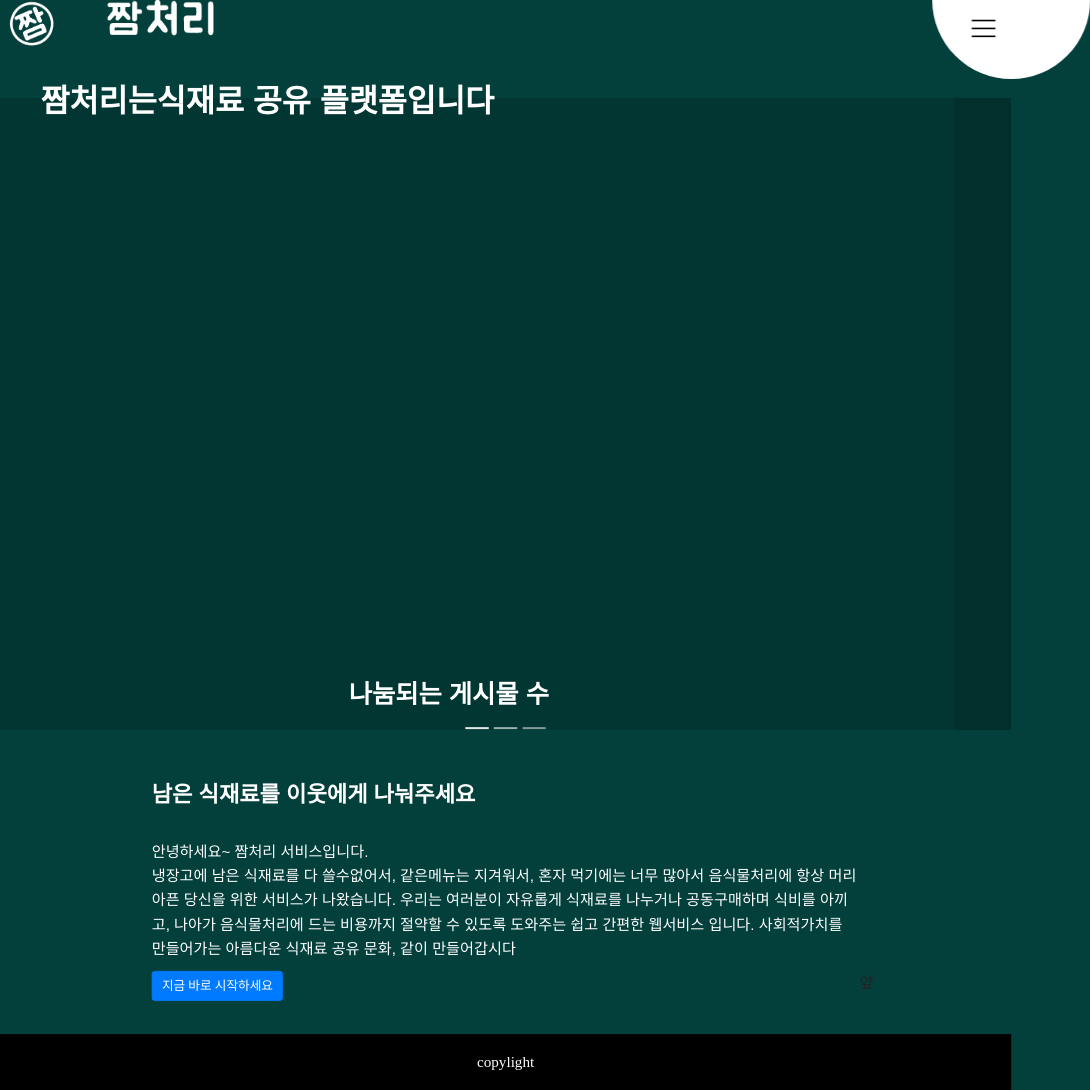
Repository: navang/JJAM_project
Page: http://localhost/jjam/WEB-INF/views/jjam_intro.jsp
These files come from the project's save history. The page is drawn as it stood at one moment and after the next save; the edit follows.
The browser window is 1280 px wide. The page is 1380 px wide, so the pictures cover 1380 px, including what lies to the right of the window. The pictures show the whole page, at 79% of full size.
Some web fonts or font styles are not loaded; a fallback is used. Some web libraries are served in a nearby version. The page is served by Tomcat 9. Nobody is signed in. Other server files are loaded and not shown. The template is opened directly, without the code that normally fills it, so the values that code supplies are empty.

Above is the page before, as saved 2019-07-23 08:24:22.

### jjam/src/main/webapp/WEB-INF/views/jjam_intro.jsp
<%@ page language="java" contentType="text/html; charset=UTF-8"
    pageEncoding="UTF-8"%>
<!DOCTYPE html>

<style>
</style>
<head>
    <meta charset="UTF-8">
    <meta name="viewport" content="width=device-width, initial-scale=1.0">
    <meta http-equiv="X-UA-Compatible" content="ie=edge">

    <link rel="stylesheet" href="https://stackpath.bootstrapcdn.com/bootstrap/4.3.1/css/bootstrap.min.css"
        integrity="sha384-ggOyR0iXCbMQv3Xipma34MD+dH/1fQ784/j6cY/iJTQUOhcWr7x9JvoRxT2MZw1T" crossorigin="anonymous">
    <script src="https://code.jquery.com/jquery-3.3.1.slim.min.js"
        integrity="sha384-q8i/X+965DzO0rT7abK41JStQIAqVgRVzpbzo5smXKp4YfRvH+8abtTE1Pi6jizo"
        crossorigin="anonymous"></script>
    <script src="https://cdnjs.cloudflare.com/ajax/libs/popper.js/1.14.7/umd/popper.min.js"
        integrity="sha384-UO2eT0CpHqdSJQ6hJty5KVphtPhzWj9WO1clHTMGa3JDZwrnQq4sF86dIHNDz0W1"
        crossorigin="anonymous"></script>
    <script src="https://stackpath.bootstrapcdn.com/bootstrap/4.3.1/js/bootstrap.min.js"
        integrity="sha384-JjSmVgyd0p3pXB1rRibZUAYoIIy6OrQ6VrjIEaFf/nJGzIxFDsf4x0xIM+B07jRM"
        crossorigin="anonymous"></script>
    <!-- https://getbootstrap.com/docs/4.3/getting-started/introduction/ 부트스트랩에서 가져옴-->


    <link rel="stylesheet" href="./resources/style/main.css">

    <link rel="stylesheet" href="./resources/style/index.css">

    <script src="https://kit.fontawesome.com/825d367943.js"></script>

</head>
<% String cntB =(String)request.getAttribute("cntB"); %>
<% String cntC =(String)request.getAttribute("cntC"); %>

<body>

<div style="margin-left:10px;">
<!--  상단 햄버거  -->
<label>
    <img id="logo"  src="./resources/image/BI-jjam-white.png" alt=""><img id="jcr"  src="./resources/image/JJCR_white1.png">
</label>
</div>

    <label>
        <input type="checkbox"></input>
        <span class="menu">
          <span class="hamburger"></span>
        </span>

        <!-- <ul>
        <li> <a href="#">처음으로</a> </li>
        <li> <a href="#">메인화면</a></li>
        <li> <a href="#">마이페이지</a></li>
        <li> <a href="customerLogin.do">로그인</a></li>
     	</ul> -->

     	<ul>
     	<div class="menubar"> <a href="#">처음으로</a></div>
     	<div class="menubar"><a href="#">메인화면</a></div>
     	<div class="menubar"><a href="#">마이페이지</a></div>
     	<div class="menubar"><a href="customerLogin.do">로그인</a></div>
     	</ul>
      </label>


    <!--------------------------------------------------------------->

<div class="intro_form"> <!--전체화면 분할-->
    <div class=""></div> <!-- 상단 navbar로 인한 공백-->

    <div class=""><!-- carousel 칸-->
            <div class="carousel slide " id="myCarousel" data-ride="carousel">
                    <div class="carousel-inner">
                            <!-- ---------------------- -->
                            <div class="carousel-item active" >
                                  <img class=""  src="./resources/image/hidden.png" alt="">
                                <div  class="carousel-caption">
                               			    <h2 class="bigfont">${cntB } </h2>
                                            <h2>나눔되는 게시물 수</h2>
                                </div>
                            </div>
                            <!-- ---------------------- -->
                            <div class="carousel-item">
                                    <img class=""src="./resources/image/hidden.png" alt="">
                                    <div class="carousel-caption">
                                            <h2 class="bigfont">${cntC }</h2>
                                            <h2>나눔에 참여한 회원 수</h2>
                                    </div>
                                </div>
                                 <div class="carousel-item w">
                                        <img class=""  src="./resources/image/hidden.png" alt="">
                                <div class="carousel-caption">
                                           <h2 class="bigfont">${cntC }</h2>
                                           <h2>매일 절약되는 음식물처리비용</h2>
                                </div>
                            </div>
                        </div>
                    <!-- 좌우 버튼 -->

                    <ul class="carousel-indicators">
                            <li class="active" data-target="#myCarousel" data-slide-to="0"></li>
                            <li data-target="#myCarousel" data-slide-to="1"></li>
                            <li data-target="#myCarousel" data-slide-to="2"></li>
                        </ul>
                 </div>
    </div>


</br>

 <div class="intro-desc">
 <div></div>
         <div class="">
         <h3>남은 식재료를 이웃에게 나눠주세요</h3></br>

         <p>안녕하세요~ 짬처리 서비스입니다. </br>
         냉장고에 남은 식재료를 다 쓸수없어서, 같은메뉴는 지겨워서, 혼자 먹기에는 너무 많아서 음식물처리에 항상 머리아픈 당신을 위한 서비스가 나왔습니다.
         우리는 여러분이 자유롭게 식재료를 나누거나 공동구매하며 식비를 아끼고, 나아가 음식물처리에 드는 비용까지 절약할 수 있도록 도와주는 쉽고 간편한 웹서비스 입니다. 사회적가치를 만들어가는 아름다운 식재료 공유 문화, 같이 만들어갑시다  </p>
         </div>

<div></div>

<div></div>
<div>   <button class="btn btn-primary" type="button">지금 바로 시작하세요 </button><!--다음페이지 링크 버튼-->
</div>

         얖
</div>
<div >

        <div class="intro-main" >
             <h1>짬처리는식재료 공유 플랫폼입니다</h1>
         </div>

   </div>


    </div>

   <div class="footer">copylight</div>

</body>


</html>

### jjam/src/main/webapp/resources/style/main.css
@charset "utf-8";

@font-face {
    font-family: NanumSquareR;
    src: url(../font/NanumSquareR.woff) format('woff');
}

@font-face {
    font-family: NanumSquareL;
    src: url(../font/NanumSquareL.woff) format('woff');
}

@font-face {
    font-family: NanumSquareB;
    src: url(../font/NanumSquareB.woff) format('woff');
}





/* background*/


h1, h2, h3, h5, p {
    font-family: NanumSquareR, sans-serif;
    font-weight: 500;
    color: white;
}
h4{
    font-family: NanumSquareR, sans-serif;
    font-weight: 500;
    color: black;
}

h1, h2, h3 {
    margin-top: 10px;
    margin-bottom: 10px;
    font-weight: 700;
}

body{
  	font-family:BMJUA;
    background: #033f3b;
}
#logo{
	width: 60px; height: 60px;
}
#jcr{
	margin-left: 60px; position:fixed;
}
#top_navbar {
    background: rgba(0,0,0,0.7);
}
#top_navcolor {
    background-color: #147b6b;
}

#top_navbar-nav > li > a {
    padding-top: 20px;
    padding-bottom: 20px;
}

.separator {
    background: #59e;
    margin-top: 80px;
    padding: 21px;
    text-align: center;
    color: #fff;
}

.red {
    background: #fcc;
    border: #eaa solid 4px;
}

/* .yellow { */
/*     background: #f6f6c0; */
/*     border: #dd7 solid 4px; */
/* } */


.green {
    font:white;
    background: #147b6b;

}

.bluegreen {
    background: #aee;
    border: #8dd solid 4px;
}
<<<<<<< HEAD


/* .blue { */
=======
/* .blue { */
/*     background: #bcf; */
/*     border: #9ae solid 4px; */
/* } */

>>>>>>> 7f7c7283d27dcf0b9cae4bf84bee2c912e11a8f9
.blue {
    background: #bcf;
    border: #9ae solid 4px;
}
/*1_ intro*/
.intro_form{
    display: grid;
     grid-template-columns: 100%;
<<<<<<< HEAD
    grid-template-rows: 30px 850px 850px ;
=======
    grid-template-rows: 30px 850px 300px ;
>>>>>>> 7f7c7283d27dcf0b9cae4bf84bee2c912e11a8f9
}
.intro-main{
  position: absolute;
  top: 15%;
  left: 20%;
  transform: translate(-20%, -20%);
  width: 80%;

}
.intro-desc{
	display:grid;
	 grid-template-columns: 15% 70% 15%;
    grid-template-rows:  250px 80px ;
}

/*  풀어주기   */
.map-custom{
	width:100%;
	height:700px;
	position:relative;
	overflow:hidden;
	border-radius:30px;
}


.bigfont{
	font-size: 700px;
    text-align: center;

    font-family: NanumSquareL;
    src: url(../font/NanumSquareL.woff) format('woff');

}


.white-text {
    color: white;
}

.row{
     display : grid;
     grid-template-columns: 100%;
     grid-template-rows: 70px 850px 100px ;
}
.mypage{
	display: grid;
	  grid-template-columns: 20% 60% 20%;
     grid-template-rows: 400px 1400px ;
}
.mypage-columns{
	display:grid;
	  grid-template-columns: 30% 70%;
 	text-align: center;

}
.mypage-rows{
	display:grid;
	  grid-template-rows: 30% 70%;


}
/* 햄버거*/
.ham{
	width:100px;
}

/* 2_search 페이지 */
.search{
    display : grid;
    grid-template-columns: 25% 50% 25%;
    grid-template-rows: 100px 300px 40px 50px 20px;
}
.search-grid {

    display : grid;
    text-align: center;
    grid-template-columns: 20% 20% 20% 20% 20%;
    grid-template-rows: 100px 100px 100px 100px 100px;
}
/* 3 form*/
/* 전체화면 분할*/
.modal-form{
    display : grid;
    grid-template-columns: 15% 70% 15%;
    grid-template-rows: 60px 780px  50px;

}
/* 가운데화면 분할*/
.modal-form-grid{
    display : grid;
    grid-template-columns: 60% 40%;
    grid-template-rows: 60px  700px 70px;

}
/* */
.modal-inner-grid{
    display : grid;
    grid-template-columns: 50% 50%;

}

.modal-size{
    position: absolute;


}
/* modal fullsize*/
.modal-dialog.modal-fullsize {
    width: 150%; height: 100%; margin: 0; padding: 0;
}
.modal-content.modal-fullsize {
    height: auto;
    min-height: 100%;
    border-radius: 0;
  }
.btn-create{
	text-decoration:none;
	width:100%;
	height:40px;
	font-size:20px;
	border-radius:30px;
	background:#147b6b;
	color:white;
	box-shadow: 0px 3px 0px black;
	border: 2px solid white;
}
.btn-create:hover .btn-create:focus, btn-create:active {
	background:#073d35;

}

/* info modal img*/
.img-chatmodal{
    width:1900px;
    height: 950px;
    background-image:url('../image/chatbot_modal.png');
}

/*게시물 리스트*/
.form-list {
    display: grid;
    grid-template-columns:3% 20% 3% 74%;
    padding: 10px;
}


/* 5*5 그리드 */
#grid{
    display: grid;
    text-align: center;
    grid-template-columns:150px 150px 150px 150px 150px 150px;
}
/* 메인 1 페이지  */
.wrapper {
    display: grid;
    grid-template-columns: 5% 55% 40% ;
    grid-template-rows: 100px 7px 100px 30px 100px 100px 30px 100px 100px;
}

/* 4 login form*/
.login{
    display : grid;
    grid-template-columns: 30% 800px 27%;
    grid-template-rows: 100px 800px ;
}
.login-set{
    color : #1f0a01;
    background-color: white;
    border-radius: 15px;
    display:grid;
    grid-template-rows: 80px 380px 300px 40px;
    text-align: center;

}
.login-set.login-form{
    display: grid;
    grid-template-columns:240px 320px 240px;
    grid-template-rows: 100px 100px 100px ;

}
.design-border{
    border: silver solid 2px;
}

/* 7_result*/
.result-form{
    display: grid;
     grid-template-columns: 15% 70% 15%;
    grid-template-rows: 200px 300px 300px ;
}
.result-form-item{
	display:grid;
	  text-align:center;
	  grid-template-columns:100%;

}
.result-form-item-line{
	 background:white;
 	text-align:center;
	  border-radius: 50px;
	  width:73%;
	  height:3px;
	  margin-left:180px;

}
.result-button{
	width:100px;
	height:40px;
	border-radius:30px;
	background:white;

}
/* footer*/
.footer {
    left: 0;
    bottom: 0;
    width: 100%;
	padding: 20px 0;
	text-align: center;
	color: white;
	background:  black;
}
.card {
  height: 30%;
}
.card-columns {
    @include media-breakpoint-only(lg) {
      column-count: 4;
    }
    @include media-breakpoint-only(xl) {
      column-count: 5;
    }
  }
@media(max-width:375px){
#logo{
	width: 30px; height: 30px; position:fixed;
}
#jcr{
	margin-left: 35px; position:fixed; height: 30px;
}
    .search{
        display : grid;
        grid-template-columns: 0px 100% 0px;
        grid-template-rows: 100px 600px 30px 30px 20px ;
    }
      /* 5*5 그리드 */
    #grid{
    display: grid;
    text-align: center;
    grid-template-columns:160px 160px 160px;
}

    .wrapper {
    display: grid;
    grid-template-columns: 5% 90% 5% ;
    grid-template-rows: 100px 60px 30% 30px 70px 100px 100px 100px 10px;
    }
    .search-grid {

        display : grid;
        text-align: center;
        grid-template-columns: 25% 25% 25% 25%;
        grid-template-rows: 50px  50px  50px 50px  50px  50px;
    }


    .mypage{
	display: grid;
	  grid-template-columns: 100%;
     grid-template-rows: 0px  0px   170px  0px   500px;
}
.mypage-columns{
	display:grid;
	 grid-template-columns: 100%;
		  grid-template-rows: 400px 50%;

}
.mypage-rows{
	display:grid;

		  grid-template-template: 100%;
		   grid-template-rows: 60% 40%;
}
.mypage-menu{
	display:grid;

		  grid-template-rows: 25% 25% 25% 25%;
}


    /*챗 모달 사용설명서*/
    .img-chatmodal{
        width:640px;
        height: 950px;
        background-image:url('../image/chatbot_modal_mobile.png');

    }
    /* modal fullsize*/
    .modal-dialog.modal-fullsize {
    width: 100%; height: 100%; margin: 0; padding: 0;
    }
    .modal-content.modal-fullsize {
    height: auto;
    min-height: 100%;
    border-radius: 0;
  }
    /* 가운데화면 분할*/
.modal-form{
    display : grid;
    grid-template-columns: 15% 70% 15%;
    grid-template-rows: 60px 780px  50px;

}
/* 가운데화면 분할*/
.modal-form-grid{
    display : grid;
    grid-template-columns: 60% 40%;
    grid-template-rows: 60px  700px 70px;

}

    .modal-inner-grid{
        display : grid;
        grid-template-columns: 100%;

    }
    /* 4 login form*/
    .login{
    display : grid;
    grid-template-columns: 0px 640px 0px;
    grid-template-rows: 50px 640px ;
}
.result-form{
    display: grid;
     grid-template-columns: 0% 100% 0%;
    grid-template-rows: 100px 700px 100px ;
}
.ham{
	width:100px;
}
/* footer*/
.footer {
    left: 0;
    bottom: 0;
    width: 100%;
	padding: 20px;
	text-align: center;
	color: white;
	background:  black;
}

/*1_ intro*/
.intro_form{
    display: grid;
     grid-template-columns: 100%;
    grid-template-rows: 30px 360px 550px ;
}
.intro-main{
  position: absolute;
  font-size: 20px;
  top: 50%;
  left: 20%;
  transform: translate(-20%, -20%);
  width: 80%;

}
.intro-desc{
	display:grid;
	 grid-template-columns: 10% 80% 10%;
    grid-template-rows:  550px 150px ;
}

/*  풀어주기   */
.map-custom{
	width:700px;
	height:700px;
	position:relative;
	overflow:hidden;
	margin-left: 80px;
	border-radius:30px;
}


.bigfont{
	left:50%;
	transform:rotate(30deg);
	font-size: 300px;
    text-align: left;

    font-family: NanumSquareL;
    src: url(../font/NanumSquareL.woff) format('woff');

}


}

### jjam/src/main/webapp/resources/style/index.css
@import url('https://fonts.googleapis.com/css?family=Cutive+Mono');
*, *:before, *:after {
  box-sizing: border-box;
}

@font-face { font-family: 'BMJUA'; src: url('https://cdn.jsdelivr.net/gh/projectnoonnu/noonfonts_one@1.0/BMJUA.woff') format('woff'); font-weight: normal; font-style: normal; }

body {

  font-size: 1.2em;
  line-height: 1.6;

  overflow-x: hidden;
}
label .menu {
  position: absolute;
  right: -100px;
  top: -100px;
  z-index: 100;
  width: 200px;
  height: 200px;
  background: #fff;
  border-radius: 50% 50% 50% 50%;
  transition: 0.5s ease-in-out;
  box-shadow: 0 0 0 0 #fff, 0 0 0 0 #fff;
  cursor: pointer;
}
label .hamburger {
  position: absolute;
  top: 135px;
  left: 50px;
  width: 30px;
  height: 2px;
  background: #000;
  display: block;
  transform-origin: center;
  transition: 0.5s ease-in-out;
}
label .hamburger:after, label .hamburger:before {
  transition: 0.5s ease-in-out;
  content: "";
  position: absolute;
  display: block;
  width: 100%;
  height: 100%;
  background: #000;
}
label .hamburger:before {
  top: -10px;
}
label .hamburger:after {
  bottom: -10px;
}
label input {
  display: none;
}
label input:checked + .menu {
  box-shadow: -400px 0 0   #fff, -350px 0 0   #fff,-300px 0 0 #fff,-250px 0 0 #fff,  -200px 0 0 #fff,-150px 0 0 #fff, -100px 0 0 #fff,-50px 0 0 #fff;
  border-radius: 50px;
}
label input:checked + .menu .hamburger {
  transform: rotate(45deg);
}
label input:checked + .menu .hamburger:after {
  transform: rotate(90deg);
  bottom: 0;
}
label input:checked + .menu .hamburger:before {
  transform: rotate(90deg);
  top: 0;
}
label input:checked + .menu + ul {
  opacity: 1;
}
label ul {
	font-family:BMJUA;
	width:500px;
	height:50px;
  z-index: 200;
  position: absolute;
  top: 5%;
  left: 84%;
 transform: translate(-50%, -50%);
  opacity: 0;
  transition: 0.25s 0s ease-in-out;


}
label a {

  margin-bottom: 1em;
  display: block;
  color: #000;
  text-decoration: none;
}
label a:hover, label a:focus{
	text-decoration:none;
	color:#76afa7;

}
.menubar{
	display:inline-block;
	margin-left:30px;
}

@media(max-width:375px){

body {

  font-size: 1.2em;
  line-height: 1.6;

}
label .menu {
  position: absolute;
  right: -100px;
  top: -100px;
  z-index: 100;
  width: 200px;
  height: 200px;
  background: #fff;
  border-radius: 50% 50% 50% 50%;
  transition: 0.5s ease-in-out;
  box-shadow: 0 0 0 0 #fff, 0 0 0 0 #fff;
  cursor: pointer;
}
label .hamburger {
  position: relative;
  top: 135px;
  left: 50px;
  width: 30px;
  height: 2px;
  background: #000;
  display: block;
  transform-origin: center;
  transition: 0.5s ease-in-out;
}
label .hamburger:after, label .hamburger:before {
  transition: 0.5s ease-in-out;
  content: "";
  position: relative;
  display: block;
  width: 100%;
  height: 100%;
  background: #000;
}
label .hamburger:before {
  top: -10px;
}
label .hamburger:after {
  bottom: -10px;
}
label input {
  display: none;
}
label input:checked + .menu {
  box-shadow: -200px 0 0  100vw  #fff ;
  border-radius: 50px;
}
label input:checked + .menu .hamburger {
  transform: rotate(45deg);
}
label input:checked + .menu .hamburger:after {
  transform: rotate(90deg);
  bottom: 0;
}
label input:checked + .menu .hamburger:before {
  transform: rotate(90deg);
  top: 0;
}
label input:checked + .menu + ul {
  opacity: 1;
}
label ul {
	font-family:BMJUA;
	width:200px;
	height:50px;
  z-index: 200;
  position: relative;
  top: 50%;
  left: 0%;
 transform: translate(40%, 50%);
  opacity: 0;
  transition: 0.25s 0s ease-in-out;

}
label a {

  margin-bottom: 1em;
  display: block;
  color: #000;
  text-decoration: none;
}
label a:hover, label a:focus{
	text-decoration:none;
	color:#76afa7;

}
.menubar{
	display:inline-block;
	margin-left:40px;
}
#myCarousel {
	padding:0px;
	margin: 0px;
}

}

After the next save:
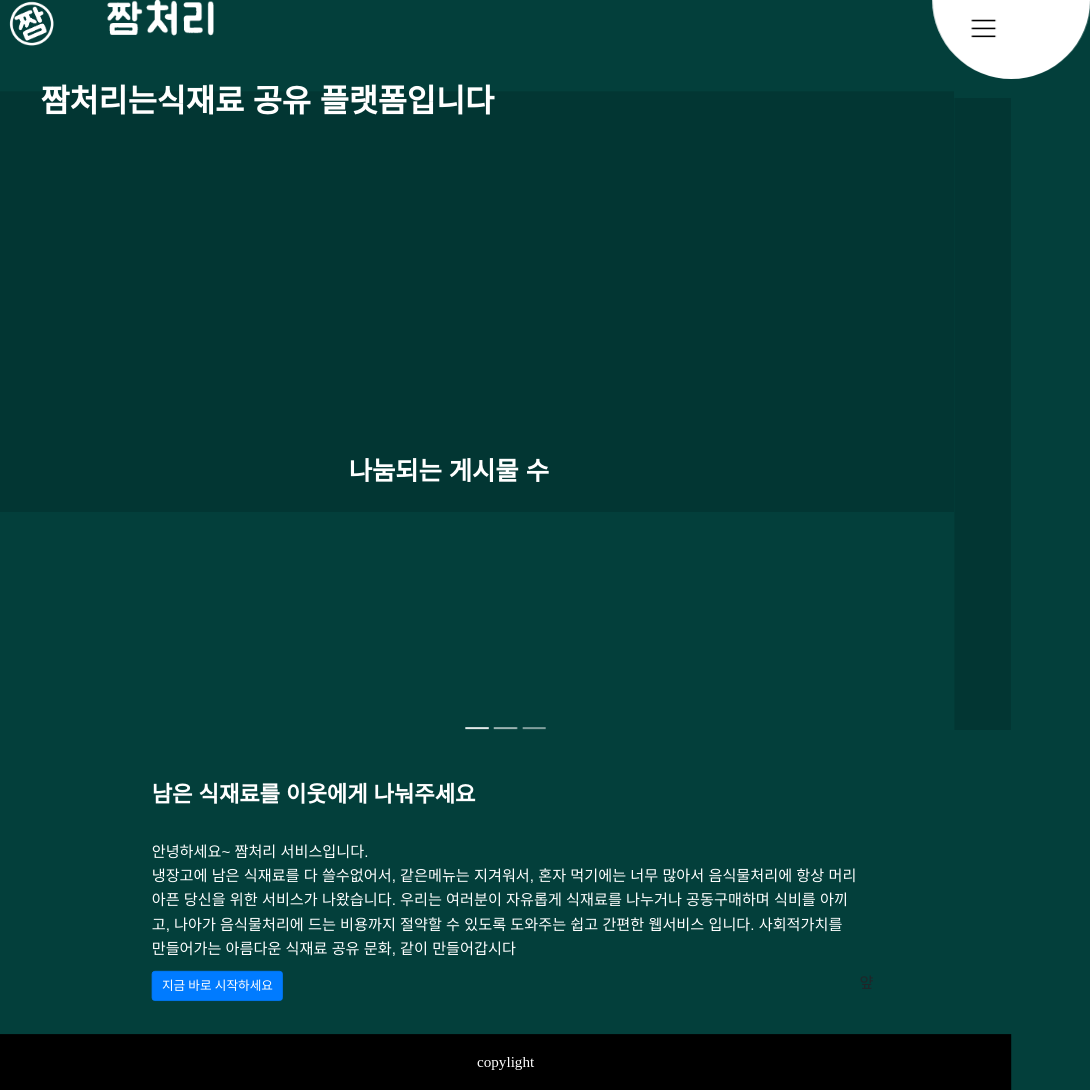
Saved 32 min 25 s later.
--- a/jjam/src/main/webapp/WEB-INF/views/jjam_intro.jsp
+++ b/jjam/src/main/webapp/WEB-INF/views/jjam_intro.jsp
@@ -74,7 +74,7 @@
                     <div class="carousel-inner">
                             <!-- ---------------------- -->
                             <div class="carousel-item active" >
-                                  <img class=""  src="./resources/image/hidden.png" alt="">
+                                  <img class="w-100"  src="./resources/image/hidden.png" alt="">
                                 <div  class="carousel-caption">
                                			    <h2 class="bigfont">${cntB } </h2>
                                             <h2>나눔되는 게시물 수</h2>

After the 2 saves that followed:
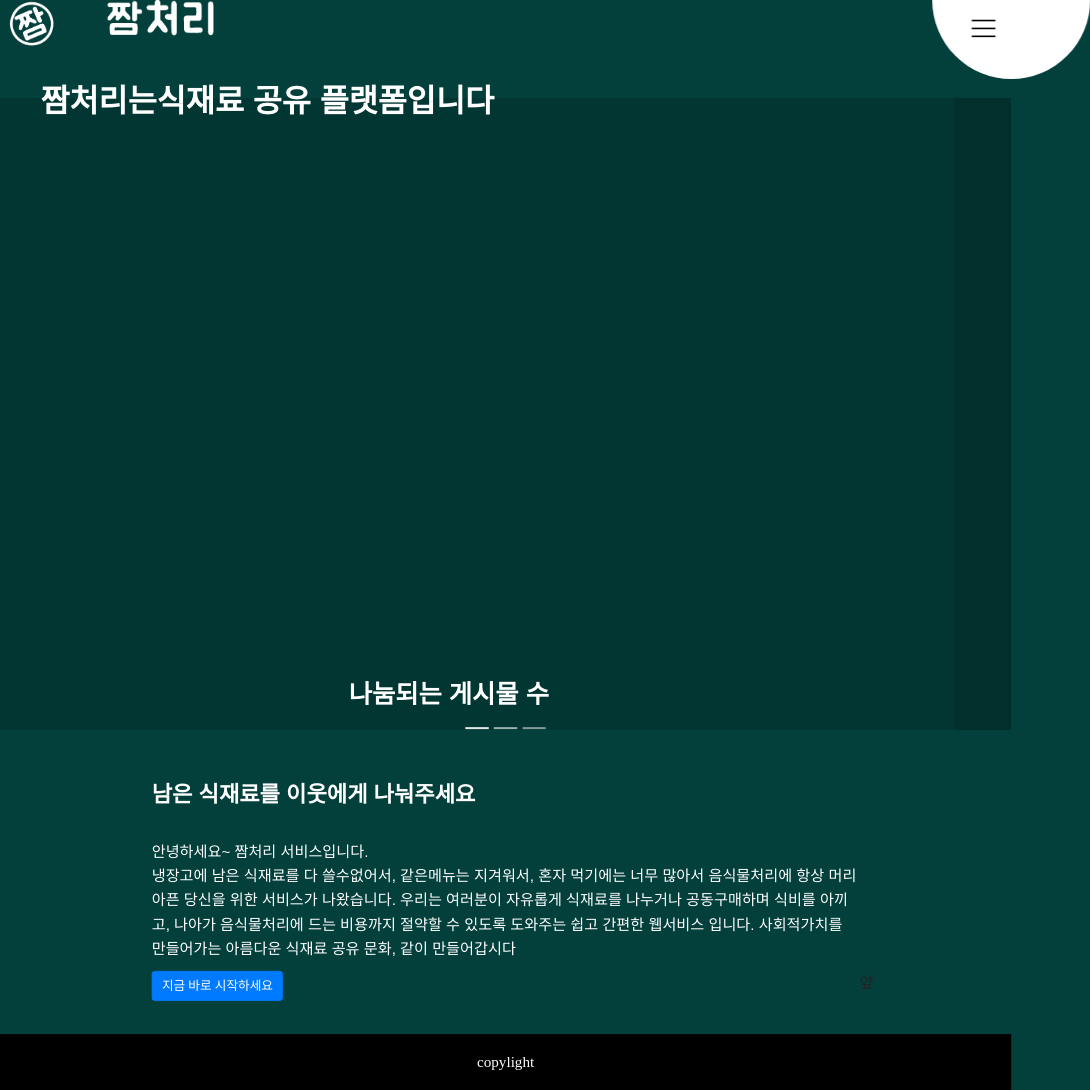
The 2 saves are shown as one change because 1 left the picture as it was.
The last was saved 26 s later.
--- a/jjam/src/main/webapp/WEB-INF/views/jjam_intro.jsp
+++ b/jjam/src/main/webapp/WEB-INF/views/jjam_intro.jsp
@@ -74,7 +74,7 @@
                     <div class="carousel-inner">
                             <!-- ---------------------- -->
                             <div class="carousel-item active" >
-                                  <img class="w-100"  src="./resources/image/hidden.png" alt="">
+                                  <img class="h-100"  src="./resources/image/hidden.png" alt="">
                                 <div  class="carousel-caption">
                                			    <h2 class="bigfont">${cntB } </h2>
                                             <h2>나눔되는 게시물 수</h2>
